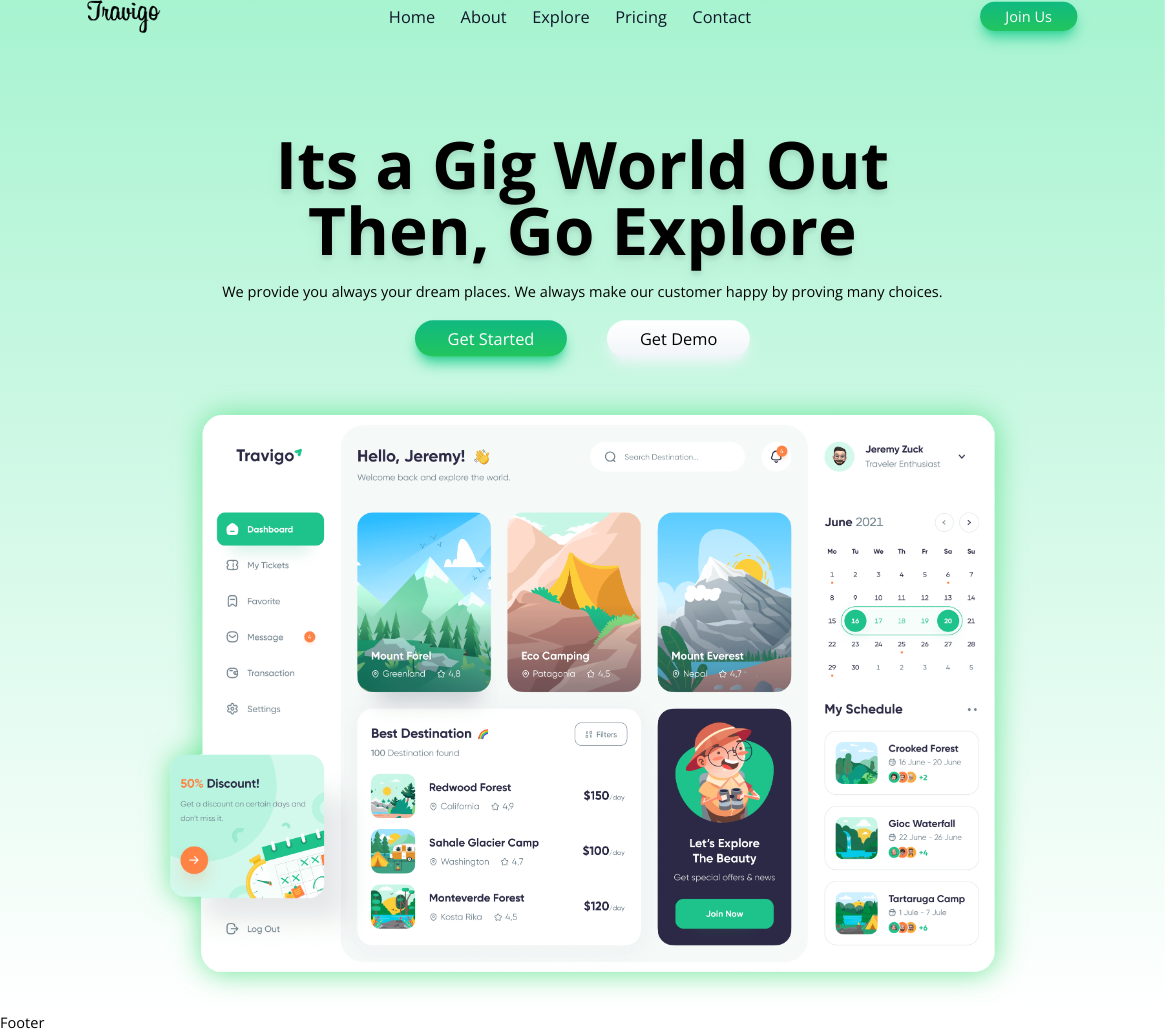
Repository: ThiAlbani83/travigo-travel-app
Page: /
The author's editor kept a copy of each file at every save. The page is drawn from the files as they stood at one save, then again after the next save.
The browser window is 1280 px wide. The pictures show the whole page, at 91% of full size.
The project was rebuilt for these pictures with package versions that can differ from the ones it lists, and the page was loaded fresh each time. Also part of the build but not shown: vite.config.js.

Above is the page before, as saved 2023-03-20 23:45:36.

### src/main.jsx
import React from 'react'
import ReactDOM from 'react-dom/client'
import App from './App'
import './index.css'
import { BrowserRouter } from 'react-router-dom'

ReactDOM.createRoot(document.getElementById('root')).render(
  <React.StrictMode>
    <BrowserRouter>
      <App />
    </BrowserRouter>

  </React.StrictMode>,
)

### src/App.jsx
import React from 'react'
import { Navbar, Hero, Footer } from './components'
import { hero, navlinks } from './data/travigodata'

const App = () => {
  return (
    <>
      <Navbar navlinks={navlinks} />
      <Hero hero={hero}/>
      <Footer />
    </>
  )
}

export default App

### src/index.css
@import url('https://fonts.googleapis.com/css2?family=Open+Sans:wght@300;400;500;600;700;800&display=swap');

@tailwind base;
@tailwind components;
@tailwind utilities;

@layer base {
    *{
        margin: 0;
        padding: 0;
        font-family: 'Open Sans', sans-serif;
    }


    .travigo-container {
        @apply w-[85vw] xl:w-[95vw] m-auto
    }


    .button-emerald {
        @apply bg-gradient-to-b from-emerald-500 to-green-500 shadow-lg shadow-emerald-400 rounded-full
        text-lg sm:text-sm px-9 py-1.5 transition-all duration-200 active:scale-90 text-white sm:w-48
    }

    .button-light {
        @apply bg-gradient-to-b from-white to-slate-100 shadow-lg shadow-slate-100 rounded-full
        text-lg sm:text-sm px-9 py-1.5 transition-all duration-200 active:scale-90 text-black sm:w-48
    }

    .drop-shadow-emerald{
        filter: drop-shadow(0.1rem 0.1rem 1rem rgba(74 222 128 / 80%));
    }

}

### src/components/index.js
export { default as Navbar } from "./Navbar.jsx";
export { default as Hero } from "./Hero.jsx";
export { default as Footer } from "./Footer.jsx";

### src/data/travigodata.js
import dashboard from "../images/dashboard.png";
import memoryimg from "../images/memory.png";

import brand1 from "../images/brand1.png";
import brand2 from "../images/brand2.png";
import brand3 from "../images/brand3.png";
import brand4 from "../images/brand4.png";
import brand5 from "../images/brand5.png";

import place1 from "../images/img1.webp";
import place2 from "../images/img2.webp";
import place3 from "../images/img3.webp";
import place4 from "../images/img4.webp";
import place5 from "../images/img5.jpg";
import place6 from "../images/img6.webp";
import place7 from "../images/img7.webp";
import place8 from "../images/img8.webp";
import place9 from "../images/img9.webp";
import place10 from "../images/img10.webp";

import standardicon from "../images/standardicon.png";
import preminumicon from "../images/preminum.png";
import checkbox from "../images/checkbox.svg";
import uncheckbox from "../images/uncheckbox.svg";

import facebook from '../images/facebook.svg';
import instagram from '../images/instagram.svg';
import twitter from '../images/twitter.svg';
import youtube from '../images/youtube.svg';

import banner from '../images/banner.webp';

export const brands = [
  { iconSrc: brand1 },
  { iconSrc: brand2 },
  { iconSrc: brand3 },
  { iconSrc: brand4 },
  { iconSrc: brand5 },
];

export const navlinks = [
  { link: "Home", id: "home" },
  { link: "About", id: "about" },
  { link: "Explore", id: "explore" },
  { link: "Pricing", id: "pricing" },
  { link: "Contact", id: "contact" },
];

export const hero = {
  "title": "Its a Gig World Out",
  "subtitle": "Then, Go Explore",
  "text": "We provide you always your dream places. We always make our customer happy by proving many choices.",
  "btn1": "Get Started",
  "btn2": "Get Demo",
  "img": dashboard,
};

export const memory = {
  "title": "Sweet Memories",
  "subtitle": "Come To Life Again",
  "text": "What we have always taken care for 10 years is always prioritizing the comfort of our users. So, do not our quality.",
  "img": memoryimg,
  "experience": [
    { "number": "10", "title": "Year Experience" },
    { "number": "400", "title": "Year Collaboration" },
    { "number": "30k+", "title": "Happy Customer" },
  ],
};

export const placesAPI = [
  { "placeImg": place1, "location": "Lahore", "distance": "3.0 hour dirve" },
  { "placeImg": place2, "location": "Faisalabad", "distance": "2.5 hour dirve" },
  { "placeImg": place3, "location": "Multan", "distance": "4.7 hour drive" },
  { "placeImg": place4, "location": "Rawalpindi", "distance": "4 hour drive" },
  { "placeImg": place5, "location": "Islamabad", "distance": "4.9 hour drive" },
  { "placeImg": place6, "location": "Muree", "distance": "4.5 hour drive" },
  { "placeImg": place7, "location": "Nathia Gali", "distance": "5.5 hour drive" },
  { "placeImg": place8, "location": "Ayubia Gali", "distance": "5.1 hour drive" },
  { "placeImg": place9, "location": "Bhurban", "distance": "5.1 hour drive" },
  { "placeImg": place10, "location": "Gilgit", "distance": "5.1 hour drive" },
];

export const pricingapi = {
  "title": "Choose The Plan That Suits You",
  "text": "Many attractive offers by becomming a premium member",
  "btn1": "Monthly",
  "btn2": "Yearly",
  "plans": [
    {
      "planicon": standardicon,
      "title": "Standard Membership",
      "text": "Suitable for all users",
      "plantype": "Free / Year",
      "plancontent": [
        { "iconbox": checkbox, "text": "Find Popular Destination" },
        { "iconbox": checkbox, "text": "Priority Booking Schedule" },
        { "iconbox": checkbox, "text": "Daily Destination News" },
        { "iconbox": uncheckbox, "text": "Invite Friends Feature" },
        { "iconbox": uncheckbox, "text": "Limited Travel Stats" },
        { "iconbox": uncheckbox, "text": "Invite Friends Feature" },
        { "iconbox": uncheckbox, "text": "No Ads & Tax" },
      ],
      "buttonText": "Get Free",
    },
    {
      "planicon": preminumicon,
      "title": "Preminum Membership",
      "text": "Suitable for enthusiast travelers",
      "plantype": "$60 / Year",
      "plancontent": [
        { "iconbox": checkbox, "text": "Find Popular Destination" },
        { "iconbox": checkbox, "text": "Priority Booking Schedule" },
        { "iconbox": checkbox, "text": "Daily Destination News" },
        { "iconbox": checkbox, "text": "Invite Friends Feature" },
        { "iconbox": checkbox, "text": "Advanced Travel Stats" },
        { "iconbox": checkbox, "text": "Invite Friends Feature" },
        { "iconbox": checkbox, "text": "No Ads & Tax" },
      ],
      "buttonText": "Get Started",
    },
  ],
};

export const bannerAPI = {
  "title": "The Greet Outdoors",
  "text": "Whislist Curated By Travigo.",
  "imgSrc": banner,
  "btnText": "Explore More"
}

export const footerAPI = {
  "titles": [ {"title": "About"},{"title": "Company"},{"title": "Support"} ],
  "links": [
    [
      {"link": "About US"},
      {"link": "Features"},
      {"link": "News"},
      {"link": "Menu"},
    ],
    [
      {"link": "Why Travigo?"},
      {"link": "Partner with Us"},
      {"link": "FAQ"},
      {"link": "Blog"},
    ],
    [
      {"link": "Account"},
      {"link": "Support Center"},
      {"link": "Feedback"},
      {"link": "Contact Us"},
      {"link": "Accesbility"},
    ],
  ],
  "sociallinks": [
    {"icon": facebook},{"icon": instagram},{"icon": twitter},{"icon": youtube},
  ]
};

### src/components/Navbar.jsx
import React from 'react'
import { NavLink } from 'react-router-dom'
import logo from '../images/logo.png'

const Navbar = ({navlinks}) => {
  return (
    <>
      <header className='flex items-center justify-center w-auto h-auto absolute top-0 left-0 right-0'>
        <nav className='flex items-center justify-between travigo-container'>
          <NavLink to={'/'} className='flex items-center' >
            <img src={logo} alt="logo/img" className=' w-20 h-9 object-fill' />
          </NavLink>
          <ul className='flex items-center lg:hidden gap-7'>
           {navlinks?.map((val, index) => (
            <li key={index}>
              <NavLink to={'#'} className='text-lg text-slate-900'>{val.link}</NavLink>
            </li>
           ))}
          </ul>
          <ul className='flex items-center lg:hidden'>
            <li><button type='button' className='button-emerald px-7 text-base py-1'>Join Us</button></li>
          </ul>
        </nav>
      </header>
    </>
  )
}

export default Navbar

### src/components/Hero.jsx
import React from 'react'

const Hero = ({hero: {title, subtitle, btn1, btn2, text, img}}) => {
  return (
    <>
      <div className='flex flex-col bg-gradient-to-b from-emerald-200 to-white h-auto w-auto'>
        <div className='travigo-container grid items-start justify-items-center'>
          <div className='grid items-center justify-items-center mt-36 mb-16 md:mt-28 md:mb-12'>
            <h1 className='text-7xl font-bold lg:text-6xl md:text-5xl sm:text4xl xsm:text-3xl text-black filter drop-shadow-lg'>{title}</h1>
            <h1 className='text-7xl font-bold lg:text-6xl md:text-5xl sm:text4xl xsm:text-3xl text-black filter drop-shadow-lg'>{subtitle}</h1>
            <p className='text-base my-5 text-center sm:text-sm'>{text}</p>
            <div className='flex items-center justify-center gap-11 sm:gap-3 sm:flex-col sm:w-full'>
              <button type='button' className='button-emerald'>{btn1}</button>
              <button type='button' className='button-light'>{btn2}</button>
            </div>
          </div>
          <div className='flex items-center justify-center mb-11'>
            <img src={img} alt="dashboard/img" className='h-[85vh] w-full object-fill lg:h-[75vh] md:h-[57vh] sm:h-[35vh]
            sm:object-contain drop-shadow-emerald'/>
          </div>
        </div>
      </div>
    </>
  )
}

export default Hero

### tailwind.config.cjs
/** @type {import('tailwindcss').Config} */
module.exports = {
  content: [
    "./index.html",
    "./src/**/*.{js,ts,jsx,tsx}",
  ],
  theme: {
    extend: {},
    screens: {
      'xl': {'max':'1200px'},
      'lg': {'max':'991px'},
      'md': {'max':'767px'},
      'sm': {'max':'550px'},
      'xsm': {'max':'425px'},

    }
  },
  plugins: [],
}

Loaded but not shown: index.html (common file); src/components/Footer.jsx (common file)

After the next save:
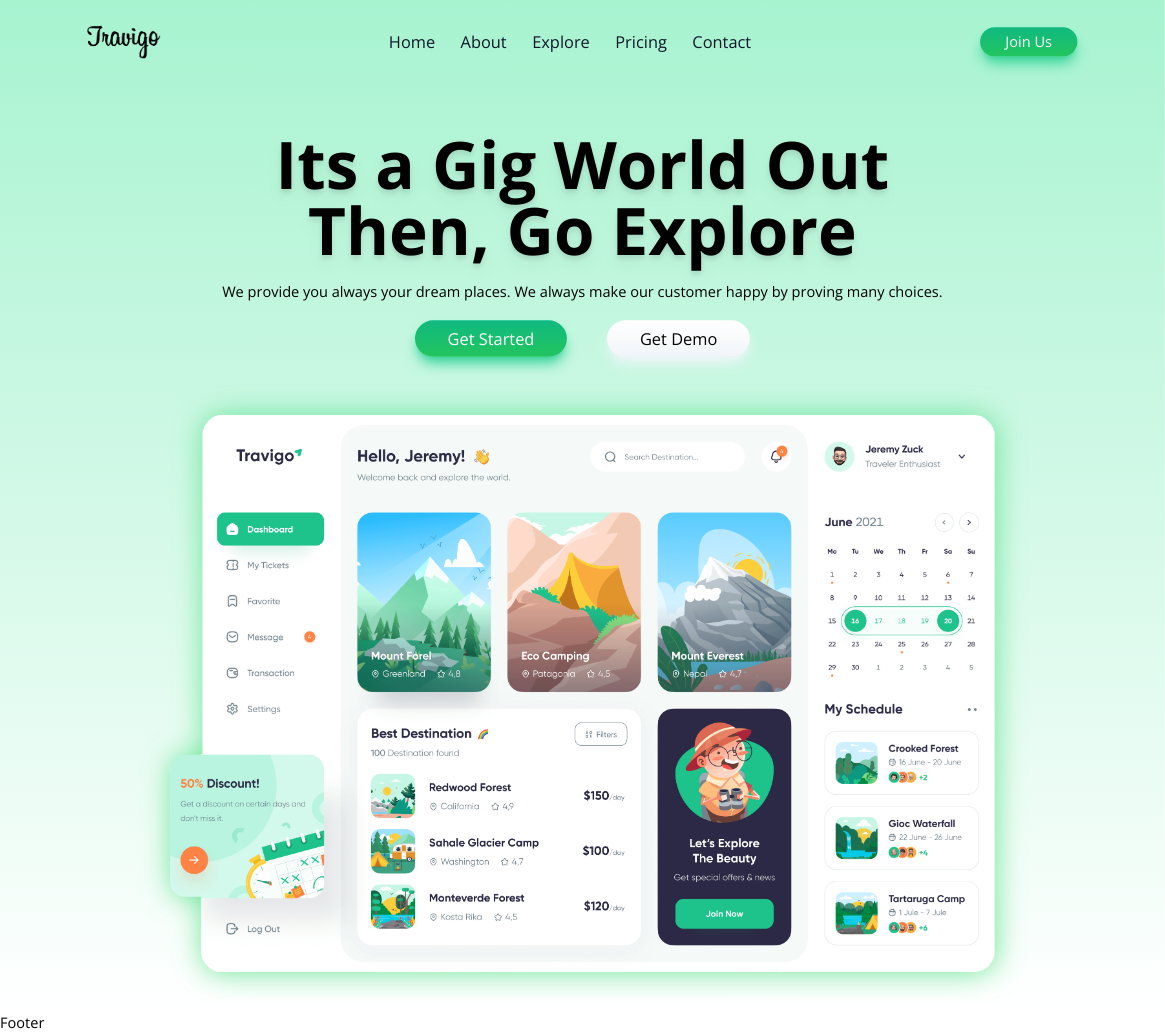
Saved 10 s later.
--- a/src/components/Navbar.jsx
+++ b/src/components/Navbar.jsx
@@ -5,7 +5,7 @@
 const Navbar = ({navlinks}) => {
   return (
     <>
-      <header className='flex items-center justify-center w-auto h-auto absolute top-0 left-0 right-0'>
+      <header className='flex items-center justify-center w-auto h-auto absolute top-7 left-0 right-0'>
         <nav className='flex items-center justify-between travigo-container'>
           <NavLink to={'/'} className='flex items-center' >
             <img src={logo} alt="logo/img" className=' w-20 h-9 object-fill' />
